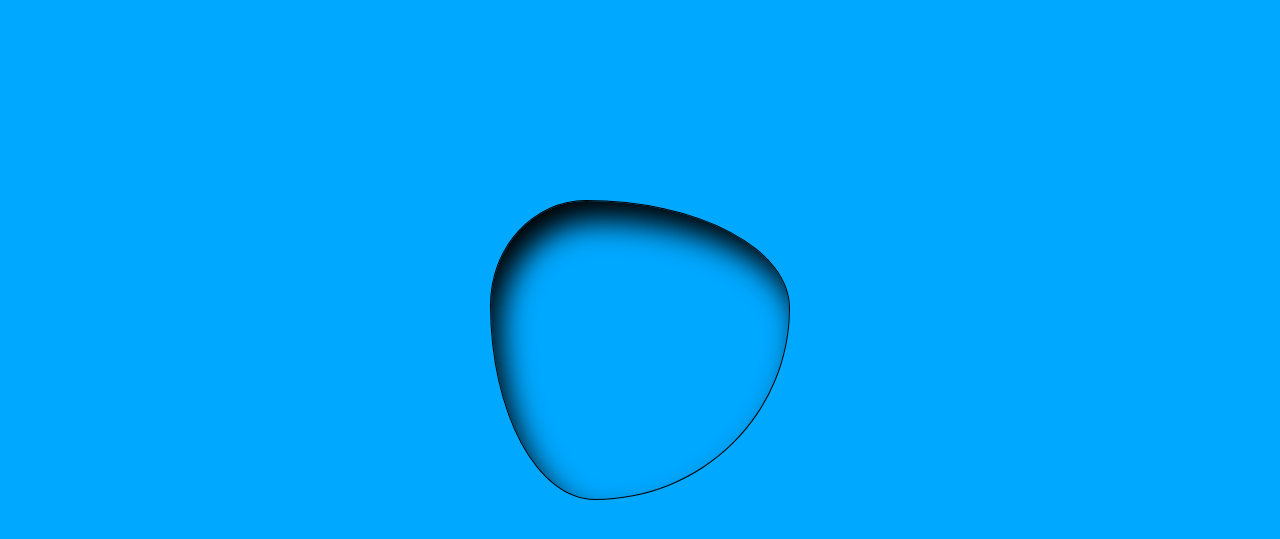
Repository: BlackCat328/CSS_Animation
Page: 52.水滴特效/demo.html
An editor plug-in stored every save of this project. The page is shown before and after a run of saves, followed by the edit.
The browser window is 1280 px wide. The pictures show the whole page.

Above is the page before, as saved 2022-10-31 23:51:02.

After the next 6 saves:
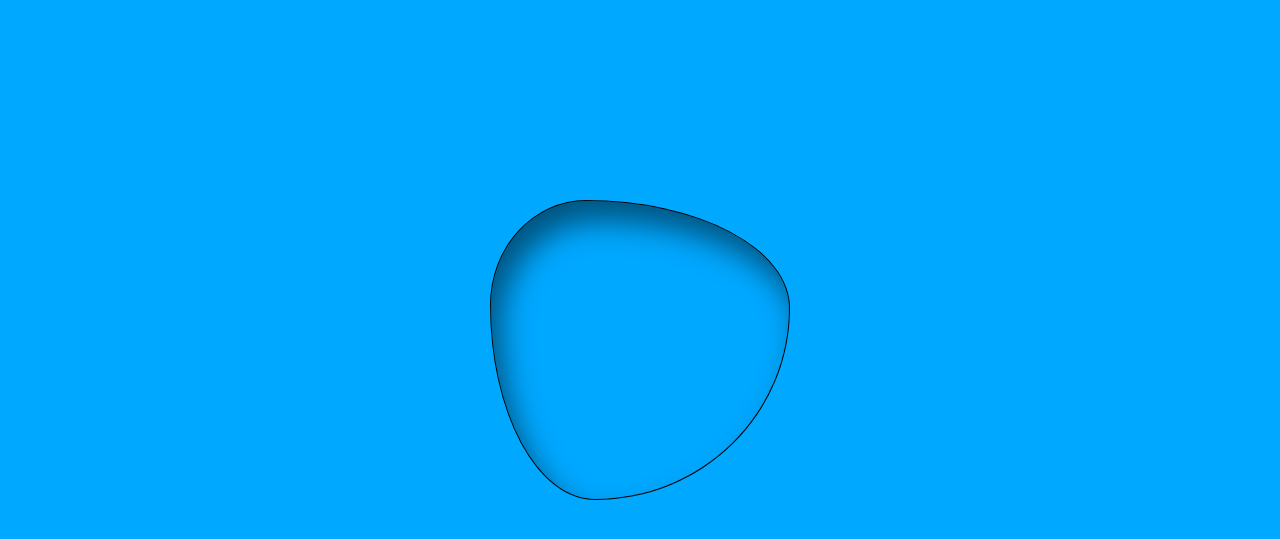
The 6 saves are shown as one change because they came seconds apart.
The last was saved 14 s later.
--- a/52.水滴特效/demo.css
+++ b/52.水滴特效/demo.css
@@ -18,5 +18,5 @@
     height: 300px;
     border: 1px solid;
     border-radius: 32% 68% 65% 35% / 35% 36% 64% 65%;
-    box-shadow: inset 10px 20px 30px ;
+    box-shadow: inset 10px 20px 30px rgba(0,0,0,0.5);
 }
